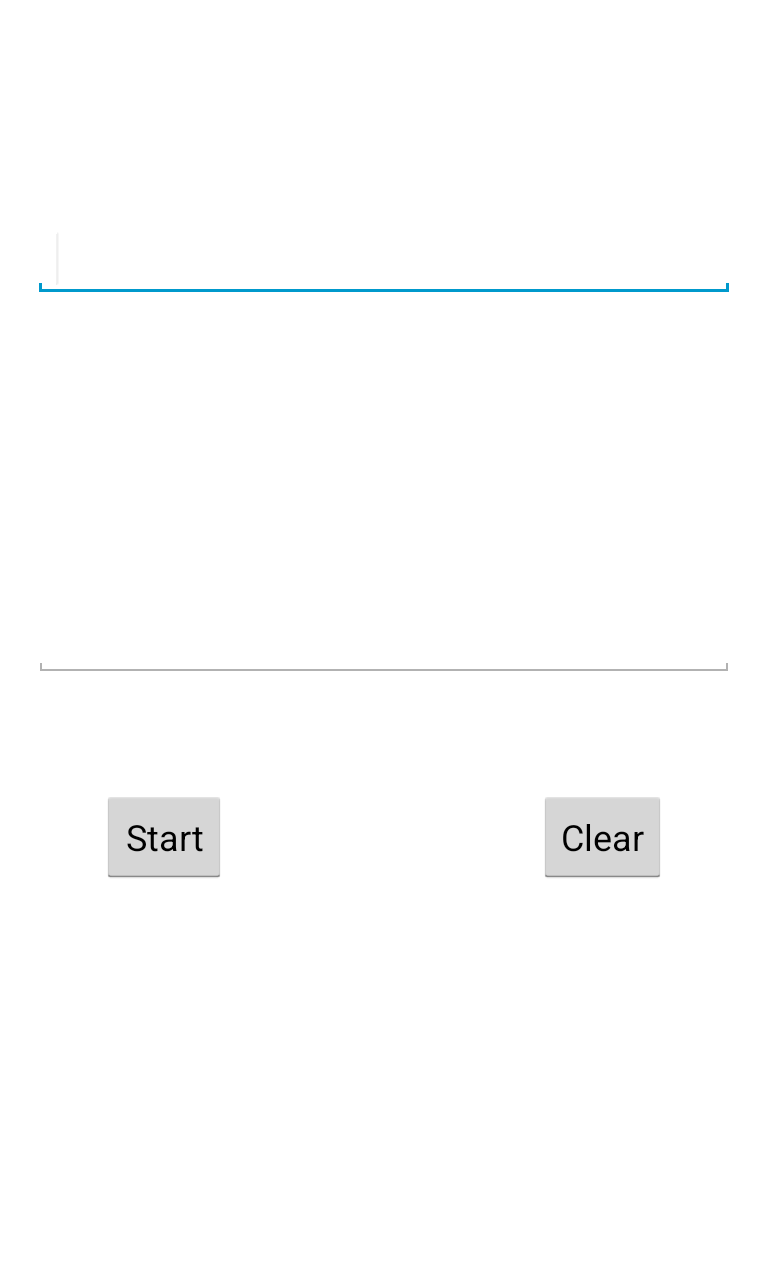
Repository: abhi2175/Abhishek-kumar
Layout: IntentApp/res/layout/activity_main.xml
The author's editor kept a copy of each file at every save. The layout is drawn from the files as they stood at one save, then again after the next save.
It is drawn on a 768 x 1280 px phone screen (xhdpi) without system bars, with theme AppTheme; the app's code is not run.

Above is the layout before, as saved 2015-10-05 12:00:08.

After the next save:
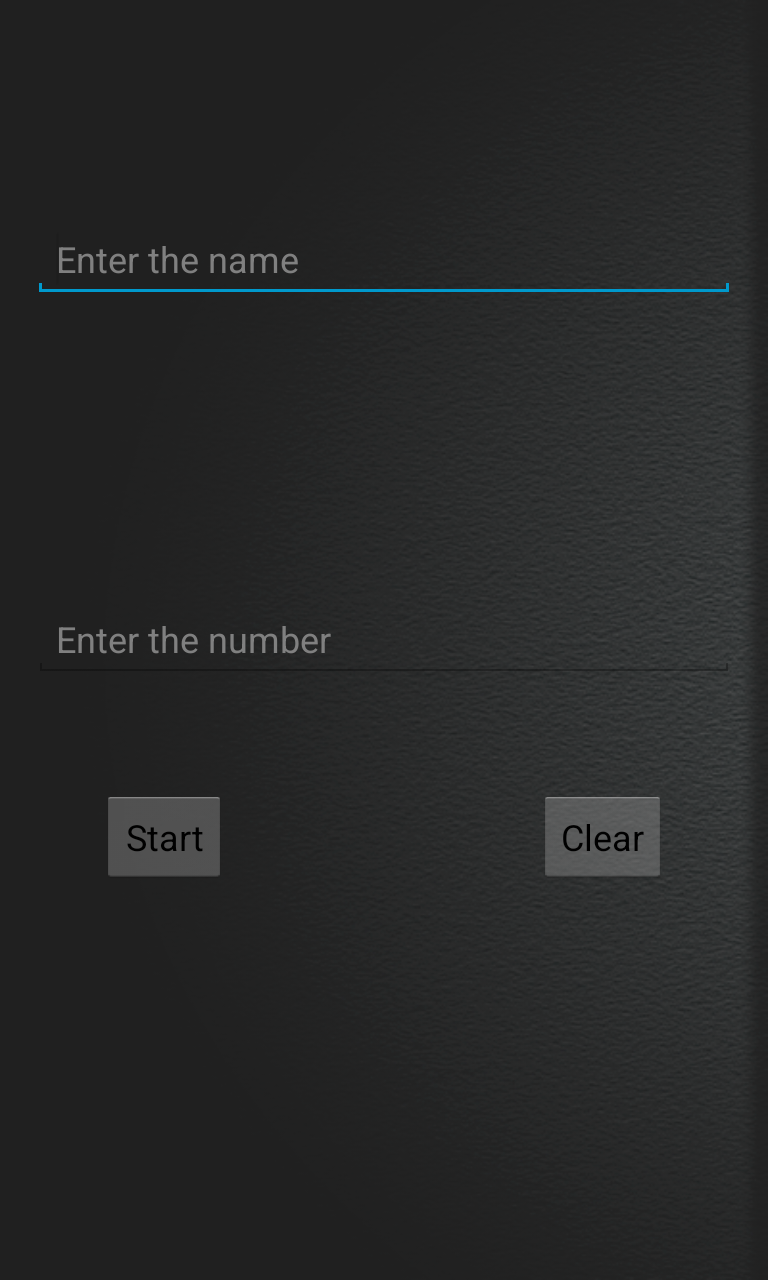
Saved 77 s later.
--- a/IntentApp/res/layout/activity_main.xml
+++ b/IntentApp/res/layout/activity_main.xml
@@ -2,6 +2,7 @@
     xmlns:tools="http://schemas.android.com/tools"
     android:layout_width="match_parent"
     android:layout_height="match_parent"
+    android:background="@drawable/abhi"
     android:paddingBottom="@dimen/activity_vertical_margin"
     android:paddingLeft="@dimen/activity_horizontal_margin"
     android:paddingRight="@dimen/activity_horizontal_margin"
@@ -16,6 +17,7 @@
         android:layout_centerHorizontal="true"
         android:layout_marginTop="94dp"
         android:ems="10"
+        android:hint="Enter the name"
         android:singleLine="true" >
 
         <requestFocus />
@@ -28,6 +30,7 @@
         android:layout_centerHorizontal="true"
         android:layout_centerVertical="true"
         android:ems="10"
+        android:hint="Enter the number"
         android:inputType="number" />
 
     <Button
